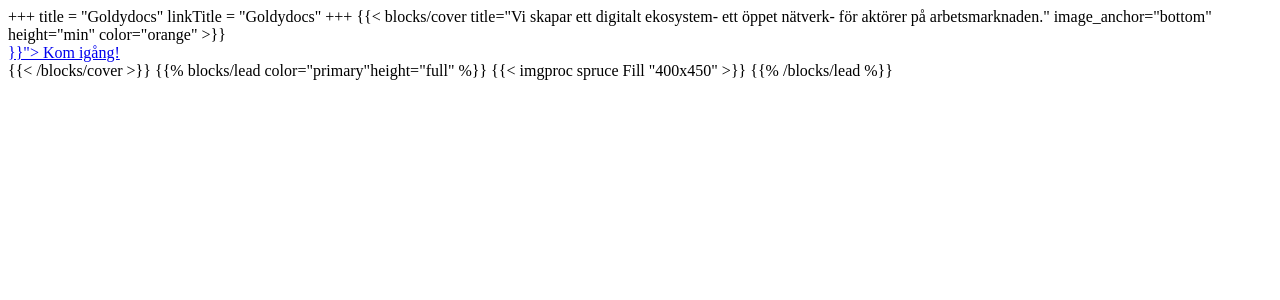
Repository: rudasn/docsy-cms-netlify
Page: content/sv/_index.html
An editor plug-in stored every save of this project. The page is shown before and after the next save, followed by the edit.
The browser window is 1280 px wide. The pictures show the whole page.

Above is the page before, as saved 2021-05-05 08:43:33.

### content/sv/_index.html
+++
title = "Goldydocs"
linkTitle = "Goldydocs"

+++

{{< blocks/cover title="Vi skapar ett digitalt ekosystem- ett öppet nätverk- för aktörer på arbetsmarknaden." image_anchor="bottom" height="min"  color="orange" >}}
<div >
	<a class="button" href="{{< relref "/docs" >}}">
		Kom igång! <i class="fas fa-arrow-alt-circle-right ml-2"></i>
	</a>





</div>
{{< /blocks/cover >}}


{{% blocks/lead color="primary"height="full" %}}

{{< imgproc spruce Fill "400x450" >}}

{{% /blocks/lead %}}
<!--
	>
{{< blocks/section color="dark" >}}
{{% blocks/feature icon="fa-lightbulb" title="New chair metrics!" %}}
The Goldydocs UI now shows chair size metrics by default.

Please follow this space for updates!
{{% /blocks/feature %}}


{{% blocks/feature icon="fab fa-github" title="Contributions welcome!" url="https://github.com/google/docsy-example" %}}
We do a [Pull Request](https://github.com/google/docsy-example/pulls) contributions workflow on **GitHub**. New users are always welcome!
{{% /blocks/feature %}}


{{% blocks/feature icon="fab fa-twitter" title="Follow us on Twitter!" url="https://twitter.com/docsydocs" %}}
For announcement of latest features etc.
{{% /blocks/feature %}}


{{< /blocks/section >}}
-->

<!---
{{< blocks/section >}}
<div class="col">
<h1 class="text-center">This is the second Section</h1>
</div>

{{< /blocks/section >}}
-->


<!----
{{< blocks/section >}}
{{% blocks/feature icon="fab fa-app-store-ios" title="Download **from AppStore**" %}}
Get the Goldydocs app!
{{% /blocks/feature %}}



{{% blocks/feature icon="fab fa-github" title="Contributions welcome!" url="https://github.com/google/docsy-example" %}}
We do a [Pull Request](https://github.com/google/docsy-example/pulls) contributions workflow on **GitHub**. New users are always welcome!
{{% /blocks/feature %}}


{{% blocks/feature icon="fab fa-twitter" title="Follow us on Twitter!" url="https://twitter.com/GoHugoIO" %}}
For announcement of latest features etc.
{{% /blocks/feature %}}


{{< /blocks/section >}}
-->

<!--

{{< blocks/section >}}

<div class="col-12">
<h1 class="text-center">This is another Section</h1>
</div>

{{< /blocks/section >}}

After the next save:
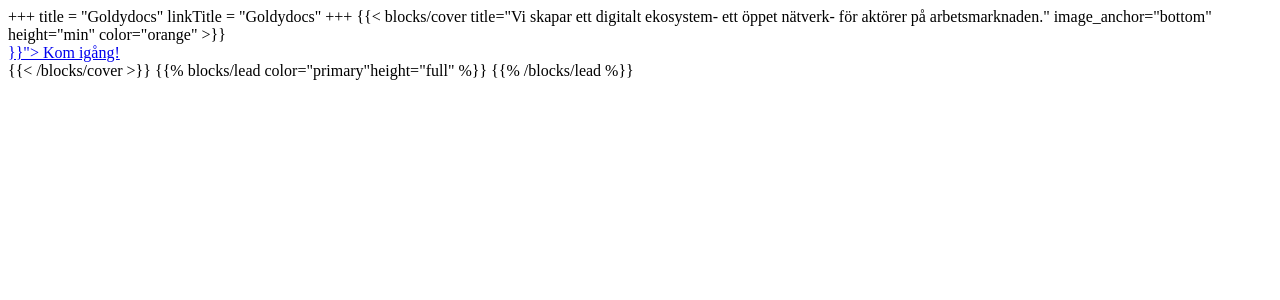
Saved 37 s later.
--- a/content/sv/_index.html
+++ b/content/sv/_index.html
@@ -20,7 +20,7 @@
 
 {{% blocks/lead color="primary"height="full" %}}
 
-{{< imgproc spruce Fill "400x450" >}}
+
 
 {{% /blocks/lead %}}
 <!--
